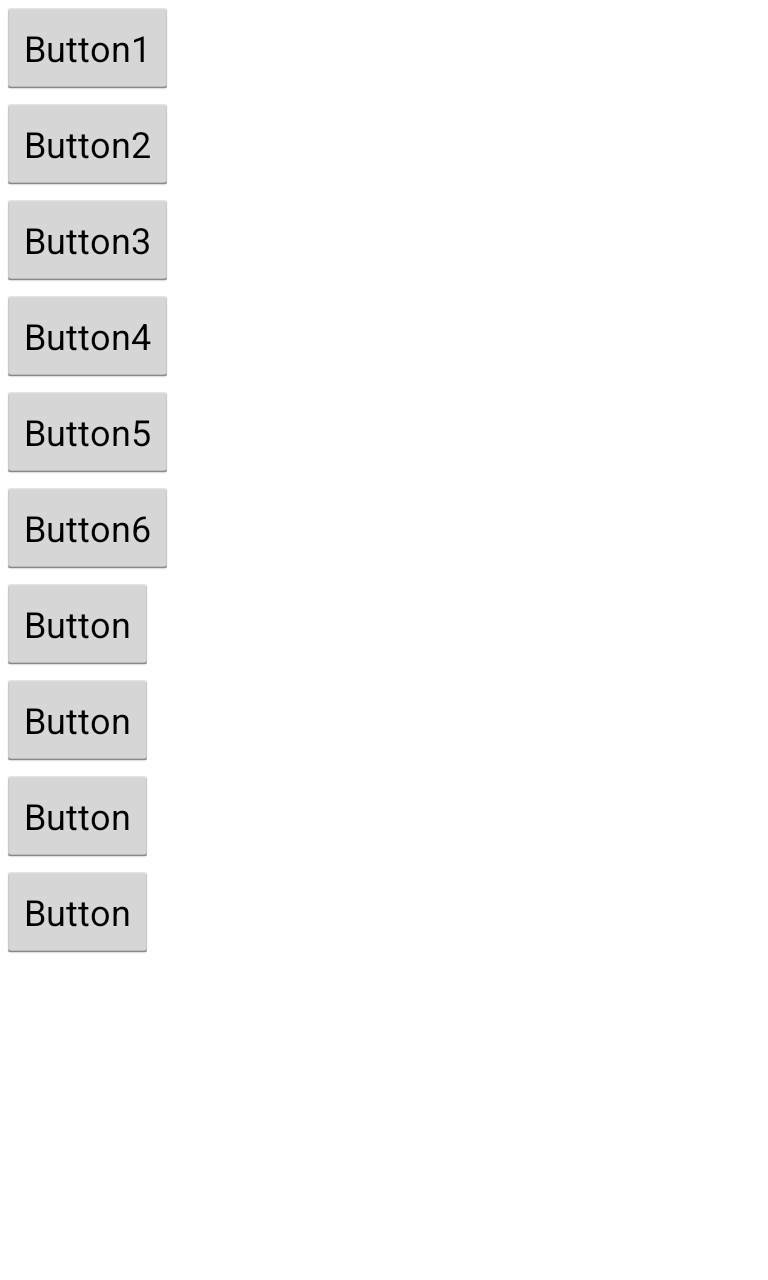
Repository: aojue/HappyAA
Layout: HappyAA/res/layout/tell_history.xml
These files come from the project's save history. The layout is drawn as it stood at one moment and after the next save; the edit follows.
It is drawn on a 768 x 1280 px phone screen (xhdpi) without system bars, with theme AppTheme; the app's code is not run.

Above is the layout before, as saved 2014-10-24 15:01:21.

After the next save:
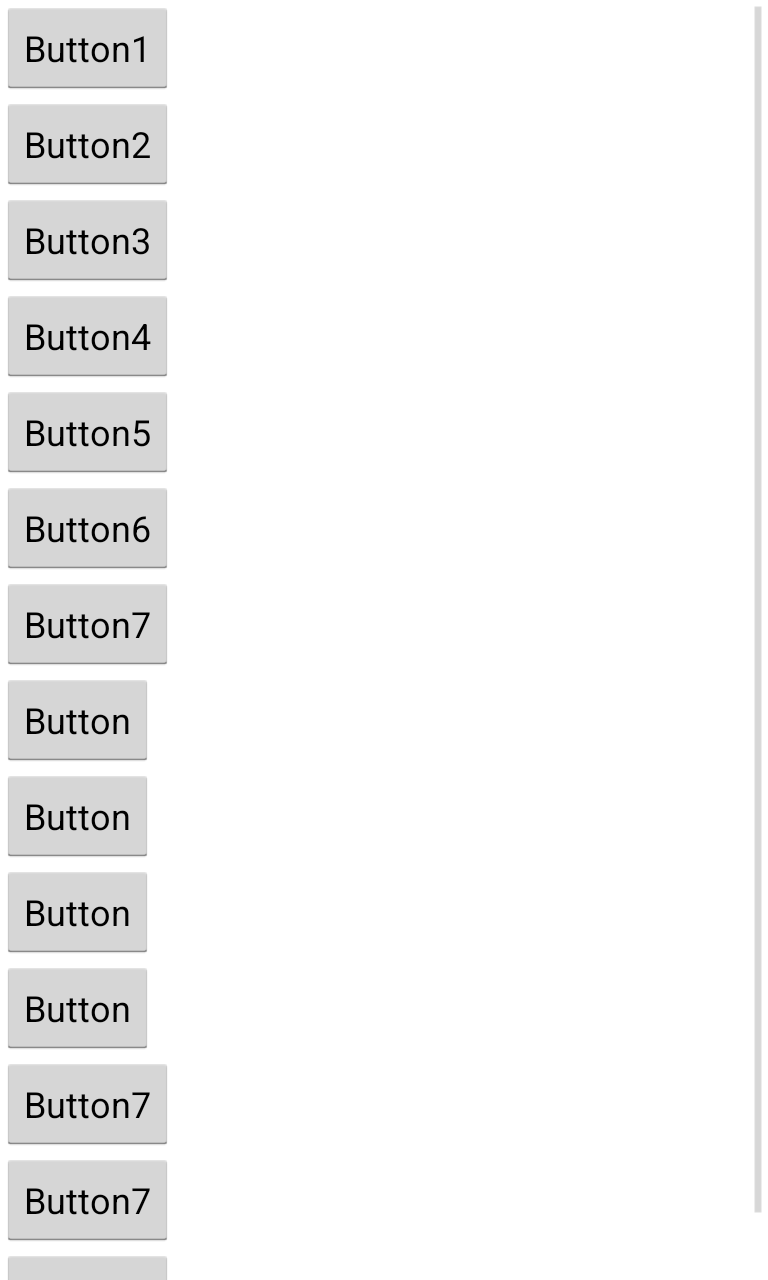
Saved 88 s later.
--- a/HappyAA/res/layout/tell_history.xml
+++ b/HappyAA/res/layout/tell_history.xml
@@ -56,7 +56,7 @@
                 android:id="@+id/button7"
                 android:layout_width="wrap_content"
                 android:layout_height="wrap_content"
-                android:text="Button" />
+                android:text="Button7" />
 
             <Button
                 android:id="@+id/button8"
@@ -71,10 +71,31 @@
                 android:text="Button" />
 
             <Button
+                android:id="@+id/button11"
+                android:layout_width="wrap_content"
+                android:layout_height="wrap_content"
+                android:text="Button" />
+
+            <Button
                 android:id="@+id/button10"
                 android:layout_width="wrap_content"
                 android:layout_height="wrap_content"
                 android:text="Button" />
+            <Button
+                android:id="@+id/button7"
+                android:layout_width="wrap_content"
+                android:layout_height="wrap_content"
+                android:text="Button7" />
+            <Button
+                android:id="@+id/button7"
+                android:layout_width="wrap_content"
+                android:layout_height="wrap_content"
+                android:text="Button7" />
+            <Button
+                android:id="@+id/button7"
+                android:layout_width="wrap_content"
+                android:layout_height="wrap_content"
+                android:text="Button7" />
 
         </LinearLayout>
     </ScrollView>
